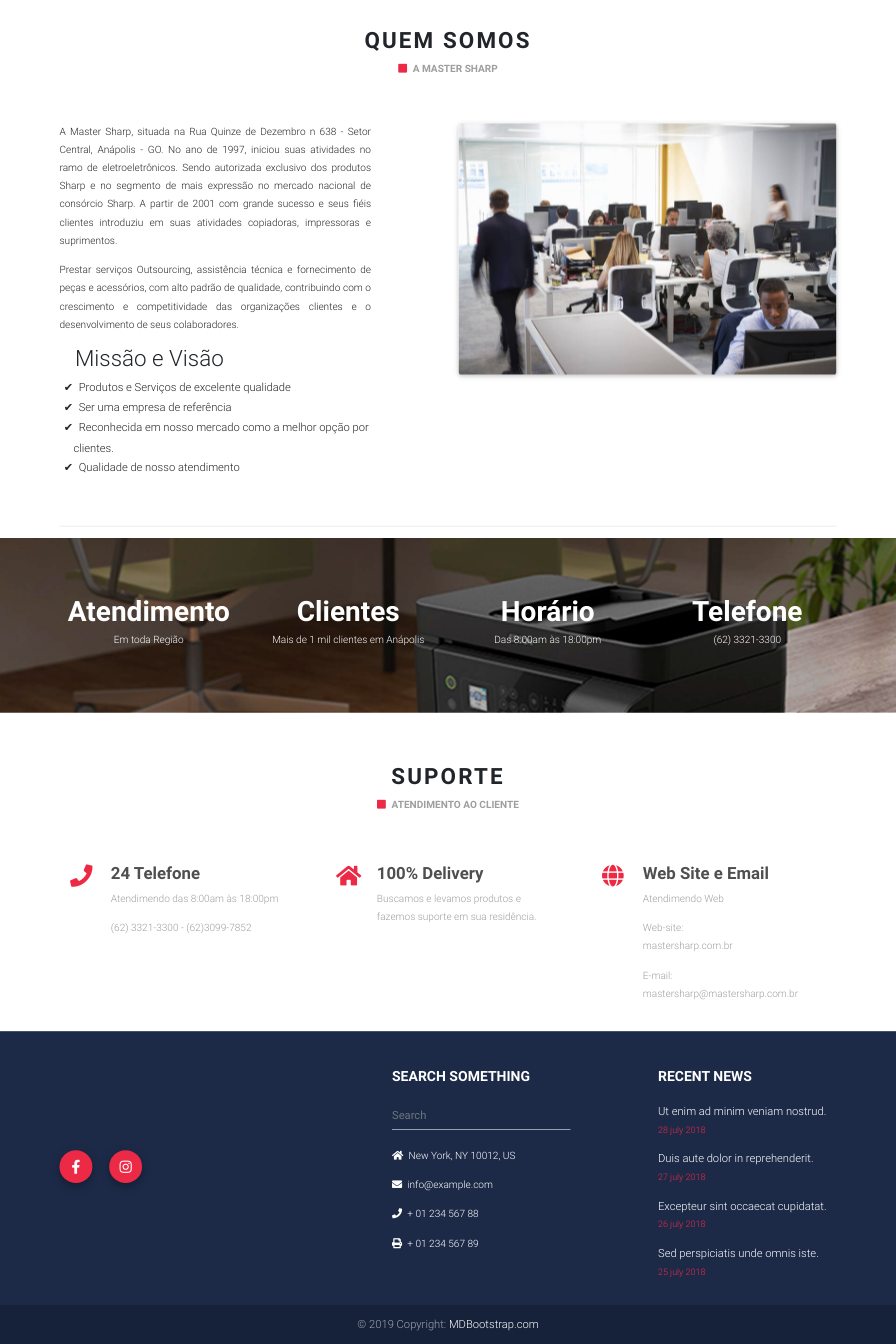
Repository: SalomaoMiguel/mastshap
Page: html/index.html
These files come from the project's save history. The page is drawn as it stood at one moment and after a run of saves; the edit follows.
The browser window is 1280 px wide. The pictures show the part of the page from y = 1373 to 3293 px (the page is 3293 px tall), at 70% of full size.
Some web libraries are served in a nearby version.

Above is the page before, as saved 2021-02-17 15:34:52.

After the next 3 saves:
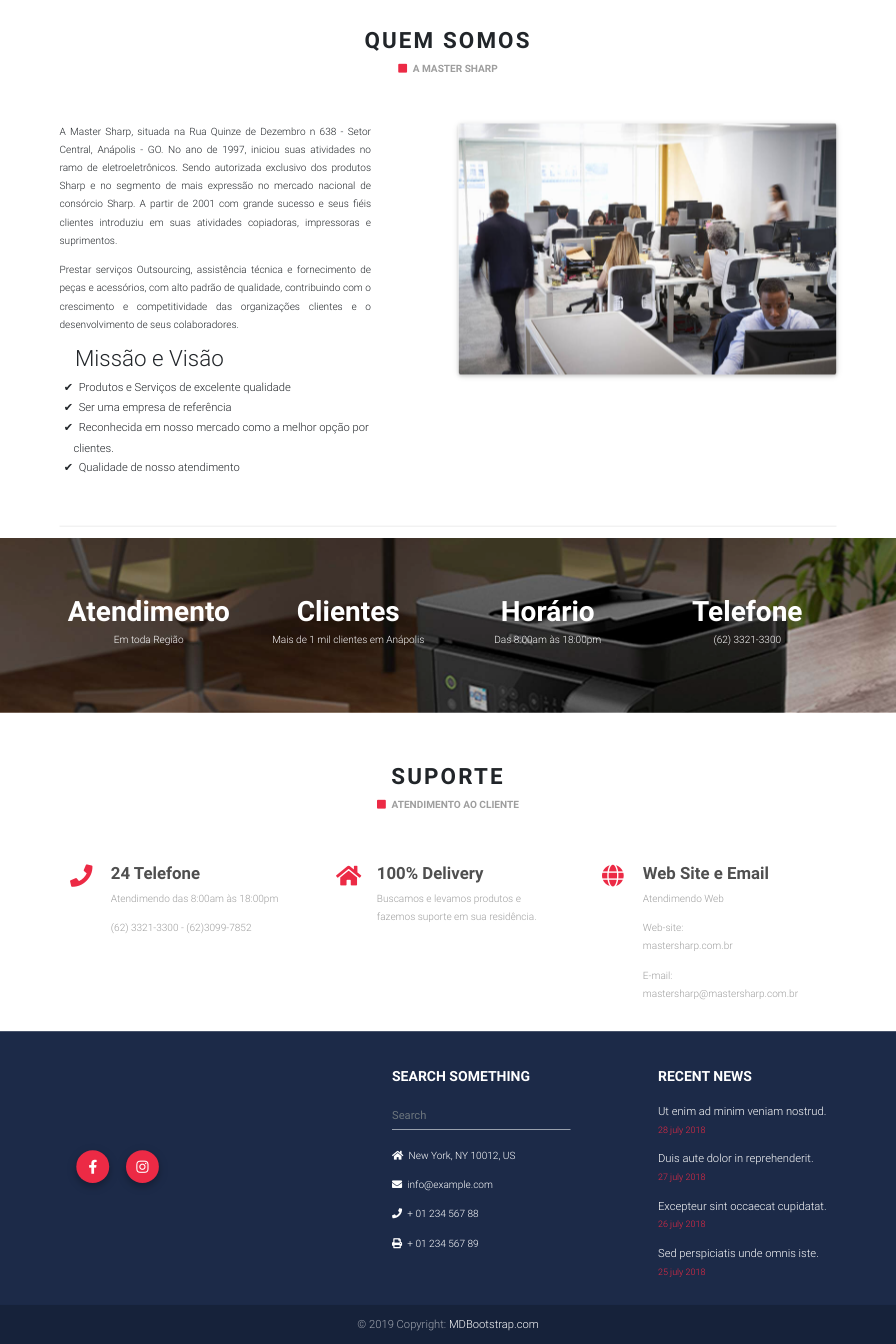
The 3 saves are shown as one change because they came seconds apart.
The last was saved 6 s later.
--- a/html/index.html
+++ b/html/index.html
@@ -395,7 +395,7 @@
 
           <div class="footer-socials mt-2 mr-md-auto ml-md-auto" >
             <!--Facebook-->
-            <a    href="https://www.facebook.com/mastersharp.aps/"  type="button" class="btn-floating  ml-auto btn-danger-2"><i class="fab fa-facebook-f"></i></a>
+            <a    href="https://www.facebook.com/mastersharp.aps/"  type="button" class="btn-floating  ml-4 btn-danger-2"><i class="fab fa-facebook-f"></i></a>
             <!--Dribbble-->
             <a  href="https://www.instagram.com/master.sharp/" type="button" class="btn-floating  btn-danger-2"><i class="fab fa-instagram"></i></a>
           </div>
